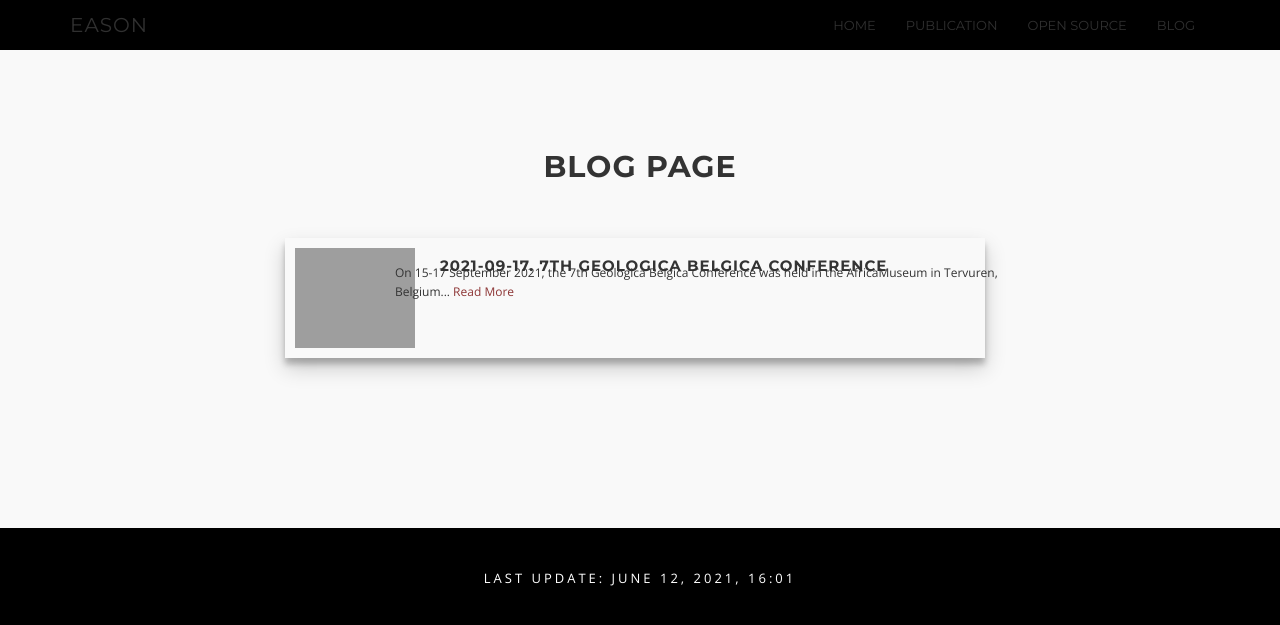
Repository: eazzzon/eazzzon.github.io
Page: blog.html
These files come from the project's save history. The page is drawn as it stood at one moment and after the next save; the edit follows.
The browser window is 1280 px wide. The pictures show the whole page.
Pictures or frames that could not be fetched are drawn as grey boxes.

Above is the page before, as saved 2021-09-18 13:28:06.

### blog.html
<!DOCTYPE html>
<html lang="en">
<head>
<meta charset="utf-8">
<meta http-equiv="X-UA-Compatible" content="IE=edge">
<meta name="viewport" content="width=device-width, initial-scale=1">
<meta name="description" content="">
<meta name="author" content="">
<title>yishen.zhang</title>
<!-- Bootstrap Core CSS -->
<link href="css/bootstrap.min.css" rel="stylesheet">
<!-- Custom CSS -->
<link href="css/theme.css" rel="stylesheet">
<!-- Custom Fonts -->
<link href="font-awesome/css/font-awesome.min.css" rel="stylesheet" type="text/css">
<link href="http://fonts.googleapis.com/css?family=Open+Sans:300,400,700,400italic,700italic" rel="stylesheet" type="text/css">
<link href="http://fonts.googleapis.com/css?family=Montserrat:400,700" rel="stylesheet" type="text/css">
<!-- HTML5 Shim and Respond.js IE8 support of HTML5 elements and media queries -->
<!-- WARNING: Respond.js doesn't work if you view the page via file:// -->
<!--[if lt IE 9]>
        <script src="https://oss.maxcdn.com/libs/html5shiv/3.7.0/html5shiv.js"></script>
        <script src="https://oss.maxcdn.com/libs/respond.js/1.4.2/respond.min.js"></script>
    <![endif]-->
</head>
<body id="page-top" data-spy="scroll" data-target=".navbar-fixed-top">
<!-- Navigation -->
<nav class="navbar navbar-custom navbar-fixed-top" role="navigation">
<div class="container">
	<div class="navbar-header">
		<button type="button" class="navbar-toggle" data-toggle="collapse" data-target=".navbar-main-collapse">
		<i class="fa fa-bars"></i>
		</button>
		<a class="navbar-brand page-scroll" href="index.html" style="color: #303030;">
		EASON </a>
	</div>
	<!-- Collect the nav links, forms, and other content for toggling -->
	<div class="collapse navbar-collapse navbar-right navbar-main-collapse">
		<ul class="nav navbar-nav" style="color: #303030;">
			<li>
			<a href="index.html">Home</a>
			</li>
			<li>
			<a href="publication.html">publication</a>
			</li>
			<li>
			<a href="opensource.html">open source</a>
			</li>
			<li>
			<a href="blog.html">blog</a>
			</li>
		</ul>
	</div>
	<!-- /.navbar-collapse -->
</div>
<!-- /.container -->
</nav>

<!-- Page Sample Section -->
<section id="page-sample">


<div class="container content-section text-left">
	<div class='container'>
		<div class="row">
			<h2 class="text-center">BLOG PAGE</h2>
			<div class="col-lg-8 col-lg-offset-2">
				<div class="post-box">
					<img class="box-img" src="https://geologicabelgica2021.africamuseum.be/sites/default/files/media/images/Logo%20Geologica%20Belgica.png" alt="lower crust foundering" />
					<div class="box-text">
						<a  href="post20210917.html">
							<h4 class="box-text">2021-09-17. 7th Geologica Belgica Conference </h4>
						</a>
						<p class="p2">On 15-17 September 2021, the 7th Geologica Belgica Conference was held in the AfricaMuseum in Tervuren, Belgium... <a href="post20210917.html" style="color:rgb(141, 53, 53);">Read More</a></p>
					</div>
				</div>
				</div>

			</div>
		</div>
	</div>
</div>
</section>




<!-- Footer -->
<footer>
<div class="container text-center">
	<p class="credits">
		last update: June 12, 2021, 16:01
	</p>
</div>
</footer>
<!-- jQuery -->
<script src="js/jquery.js"></script>
<!-- Bootstrap Core JavaScript -->
<script src="js/bootstrap.min.js"></script>
<!-- Plugin JavaScript -->
<script src="js/jquery.easing.min.js"></script>
<!-- Custom Theme JavaScript -->
<script src="js/theme.js"></script>
</body>
</html>

### css/theme.css
/* Aries v1.0 - by WowThemes.net */
body {
	width:100%;
	height:100%;
	font-family:Open Sans,"Helvetica Neue",Helvetica,Arial,sans-serif;
	color:#fff;
	background-color:#000;
	 font-weight:300;
}
html {
	width:100%;
	height:100%;
}
h1,h2,h3,h4,h5,h6 {
	margin:0 0 35px;
	text-transform:uppercase;
	font-family:Montserrat,"Helvetica Neue",Helvetica,Arial,sans-serif;
	font-weight:700;
	letter-spacing:1px;
}
p {
	margin:0 0 25px;
	font-size:18px;
	line-height:1.5;
}
@media(min-width:768px) {
	p {
		margin:0 0 35px;
		font-size:20px;
		line-height:1.6;
	}
}
a {
	color:inherit;
	-webkit-transition:all .2s ease-in-out;
	-moz-transition:all .2s ease-in-out;
	transition:all .2s ease-in-out;
}
a:hover,a:focus {
	text-decoration:none;
	color:inherit;
}
.light {
	font-weight:400;
}
.navbar-custom {
	margin-bottom:0;
	border-bottom:1px solid rgba(255,255,255,.3);
	text-transform:uppercase;
	font-family:Montserrat,"Helvetica Neue",Helvetica,Arial,sans-serif;
	background-color:#000;
}
.navbar-custom .navbar-brand {
	font-size:20px;
	text-transform:none;
	letter-spacing:1px;
}
.navbar-custom .navbar-brand:focus {
	outline:0;
}
.navbar-custom .navbar-brand .navbar-toggle {
	padding:4px 6px;
	font-size:16px;
	color:#fff;
}
.navbar-custom .navbar-brand .navbar-toggle:focus,.navbar-custom .navbar-brand .navbar-toggle:active {
	outline:0;
}
.navbar-custom a {
}
.navbar-custom .nav li a {
	-webkit-transition:background .3s ease-in-out;
	-moz-transition:background .3s ease-in-out;
	transition:background .3s ease-in-out;
}
.navbar-custom .nav li a:hover {
	outline:0;
	color:#1ba39c;
	background-color:transparent;
}
.navbar-custom .nav li a:focus,.navbar-custom .nav li a:active {
	outline:0;
	background-color:transparent;
}
.navbar-custom .nav li.active {
	outline:0;
}
.navbar-custom .nav li.active a {
	color:#1ba39c;
}
.navbar-custom .nav li.active a:hover {
	color:#1ba39c;
}
@media(min-width:768px) {
	.navbar-custom {
		padding:20px 0;
		border-bottom:0;
		font-size:13px;
		background:0 0;
		-webkit-transition:background .5s ease-in-out,padding .5s ease-in-out;
		-moz-transition:background .5s ease-in-out,padding .5s ease-in-out;
		transition:background .5s ease-in-out,padding .5s ease-in-out;
	}
		 .navbar-custom.top-nav-collapse {
		 padding:0;
		border-bottom:1px solid rgba(255,255,255,.3);
		color:#333;
			background:#fff;
	}
	.navbar-custom.top-nav-collapse a {
		color:#333;
		display:inline-block;
	}
}
.intro {
	display:table;
	width:100%;
	height:auto;
	padding:100px 0 100px 0;
	text-align:center;
	color:#fff;
	background-image:radial-gradient(circle at 50% 50%,rgba(95, 94, 94, 0.46),rgba(56, 56, 56, 0.88)), url('labelled.png');
	-webkit-background-size:cover;
	-moz-background-size:cover;
	background-size:cover;
	-o-background-size:cover;
}
.intro .intro-body {
	display:table-cell;
	vertical-align:middle;
}
.intro .intro-body .brand-heading {
	font-size:40px;
}
.intro .intro-body .intro-text {
	font-size:18px;
}
@media(min-width:768px) {
	.intro {
		height:100%;
		padding:0;
	}
	.intro .intro-body .brand-heading {
		font-size:60px;
		margin-top:90px;
		margin-bottom:20px;
		border-top:2px solid #fff;
		border-bottom:2px solid #fff;
		display:inline-block;
		padding:10px 0;
	}
	.intro .intro-body .intro-text {
		font-size:20px;
			font-weight:300;
			letter-spacing:3px;
	}
}
.btn-circle {
	width:50px;
	height:50px;
	margin-top:15px;
	line-height:40px;
	text-align:center;
	border:2px solid #fff;
	border-radius:100%!important;
	font-size:20px;
	color:#fff;
	background:0 0;
	-webkit-transition:background .3s ease-in-out;
	-moz-transition:background .3s ease-in-out;
	transition:background .3s ease-in-out;
}
.btn-circle:hover,.btn-circle:focus {
	outline:0;
	color:#fff;
	background:rgba(255,255,255,.1);
}
.btn-circle i.animated {
	-webkit-transition-property:-webkit-transform;
	-webkit-transition-duration:1s;
	-moz-transition-property:-moz-transform;
	-moz-transition-duration:1s;
}
.btn-circle:hover i.animated {
	-webkit-animation-name:pulse;
	-moz-animation-name:pulse;
	-webkit-animation-duration:1.5s;
	-moz-animation-duration:1.5s;
	-webkit-animation-iteration-count:infinite;
	-moz-animation-iteration-count:infinite;
	-webkit-animation-timing-function:linear;
	-moz-animation-timing-function:linear;
}
@-webkit-keyframes pulse {
	0% {
		-webkit-transform:scale(1);
		transform:scale(1);
	}
	50% {
		-webkit-transform:scale(1.2);
		transform:scale(1.2);
	}
	100% {
		-webkit-transform:scale(1);
		transform:scale(1);
	}
}
@-moz-keyframes pulse {
	0% {
		-moz-transform:scale(1);
		transform:scale(1);
	}
	50% {
		-moz-transform:scale(1.2);
		transform:scale(1.2);
	}
	100% {
		-moz-transform:scale(1);
		transform:scale(1);
	}
}
.content-section {
	padding:40px 0;
	clear:both;
}
@media(min-width:767px) {
	.content-section {
		padding:150px 0;
			 clear:both;
	}
}
.btn {
	border-radius:0;
	text-transform:uppercase;
	font-family:Montserrat,"Helvetica Neue",Helvetica,Arial,sans-serif;
	font-weight:400;
	-webkit-transition:all .3s ease-in-out;
	-moz-transition:all .3s ease-in-out;
	transition:all .3s ease-in-out;
}
.btn-default {
	border:1px solid #42dca3;
	color:#42dca3;
	background-color:transparent;
}
.btn-default:hover,.btn-default:focus {
	border:1px solid #42dca3;
	outline:0;
	color:#000;
	background-color:#42dca3;
}
ul.banner-social-buttons {
	margin-top:0;
}
@media(max-width:1199px) {
	ul.banner-social-buttons {
		margin-top:15px;
	}
}
@media(max-width:767px) {
	ul.banner-social-buttons li {
		display:block;
		margin-bottom:20px;
		padding:0;
	}
	ul.banner-social-buttons li:last-child {
		margin-bottom:0;
	}
}
footer {
	padding:40px 0;
	z-index:1;
	position:relative;
	clear:both;
}
footer p {
	margin:0;
	font-size:15px;
}
footer p.credits {
	text-transform:uppercase;
	font-size:13px;
	letter-spacing:3px;
}
::-moz-selection {
	text-shadow:none;
	background:#fcfcfc;
	background:rgba(255,255,255,.2);
}
::selection {
	text-shadow:none;
	background:#fcfcfc;
	background:rgba(255,255,255,.2);
}
img::selection {
	background:0 0;
}
img::-moz-selection {
	background:0 0;
}
body {
	webkit-tap-highlight-color:rgba(255,255,255,.2);
}
.bgblue {
	background:#22292c;
}
.inlineblock {
	display:inline-block;
}
p:last-child {
	margin-bottom:0;
}
p.lead {
	line-height:1.9;
}
.btnghost {
	border:2px solid #333;
	background-color:transparent;
	padding:15px 20px;
	letter-spacing:3px;
	font-size:12px;
	text-transform:uppercase;
	font-weight:400;
	color:#333;
	margin-top:20px;
	display:inline-block;
}
.btnghost:hover {
	background-color:#333;
	color:#fff;
	border:2px solid #333;
}
.bgcover {
	background-size:cover;
	background-repeat:no-repeat;
	position:relative;
}
img {
	max-width:100%;
}
.gallery ul {
	padding:0;
	margin:0;
}
.gallery img {
	max-width:100%;
	height:auto;
	padding:0;
	margin:0;
}
.gallery ul li {
	margin:0;
	position:relative;
	list-style:none;
	float:left;
	padding:0;
}
.gallery ul li a {
	display:block;
	position:relative;
	width:100%;
	height:100%;
	margin:0;
	padding:0;
	line-height:0;
}
.gallery ul li a:before {
	position:absolute;
	width:32px;
	height:32px;
	top:40%;
	left:50%;
	margin:-14px 0 0 -16px;
	/* background: url(data:[embedded picture, 2228 characters]) no-repeat; */
	content:"";
	opacity:0;
	z-index:1;
	-webkit-transition:all 0.3s linear;
	-moz-transition:all 0.3s linear;
	transition:all 0.3s linear;
}
.gallery ul li a:hover:before {
	top:50%;
	opacity:1;
}
.gallery ul li a:after {
	position:absolute;
	width:100%;
	top:0;
	bottom:0;
	background:rgba(0,0,0,0.3);
	content:"";
	opacity:0;
	-webkit-transition:all 0.3s linear;
	-moz-transition:all 0.3s linear;
	transition:all 0.3s linear;
}
.gallery ul li a:hover:after {
	opacity:1;
}
section:after {
	float:none;
	clear:both;
}
section {
	background-color:#f9f9f9;
	color:#333;
	overflow:hidden;
}
.done {
	display:none;
}
.error input,input.error,.error textarea,textarea.error {
	background-color:#ffffff;
	border-bottom:2px solid orangered !Important;
	-webkit-transition:border linear 0.2s,box-shadow linear 0.2s;
	-moz-transition:border linear 0.2s,box-shadow linear 0.2s;
	-o-transition:border linear 0.2s,box-shadow linear 0.2s;
	transition:border linear 0.2s,box-shadow linear 0.2s;
}

/* post-box style */
.post-box {
	width: 700px;
	height: 120px;
	margin: 20px;
	box-shadow: 0 10px 20px rgba(0, 0, 0, 0.19), 0 6px 6px rgba(0, 0, 0, 0.23);
  }

  .box-img {
	width: 120px;
	height: 100px;
	padding: 0px;
	margin: 10px;
  }

  .box-text {
	margin: 0px;
	position: absolute;
	font-size: 15px;
	padding: 50px;
	top: -5px;
	left: 70px;
  }

  .p {
	padding: 50px;
	margin: 10px;
	position: relative;
	bottom: 100px;
	left: 100px;
  }

  .p2 {
	padding: 0px;
	margin: 0px;
	font-size: 12px;
	position: relative;
	left: 25px;
  }

### js/theme.js
// jQuery to collapse the navbar on scroll
$(window).scroll(function() {
    if ($(".navbar").offset().top > 50) {
        $(".navbar-fixed-top").addClass("top-nav-collapse");
    } else {
        $(".navbar-fixed-top").removeClass("top-nav-collapse");
    }
});

// jQuery for page scrolling feature - requires jQuery Easing plugin
$(function() {
    $('a.page-scroll').bind('click', function(event) {
        var $anchor = $(this);
        $('html, body').stop().animate({
            scrollTop: $($anchor.attr('href')).offset().top
        }, 1500, 'easeInOutExpo');
        event.preventDefault();
    });
});

// Closes the Responsive Menu on Menu Item Click
$('.navbar-collapse ul li a').click(function() {
    $('.navbar-toggle:visible').click();
});

Loaded but not shown: css/bootstrap.min.css (library); font-awesome/css/font-awesome.min.css (library); js/jquery.js (library); js/bootstrap.min.js (library); js/jquery.easing.min.js (library)

After the next save:
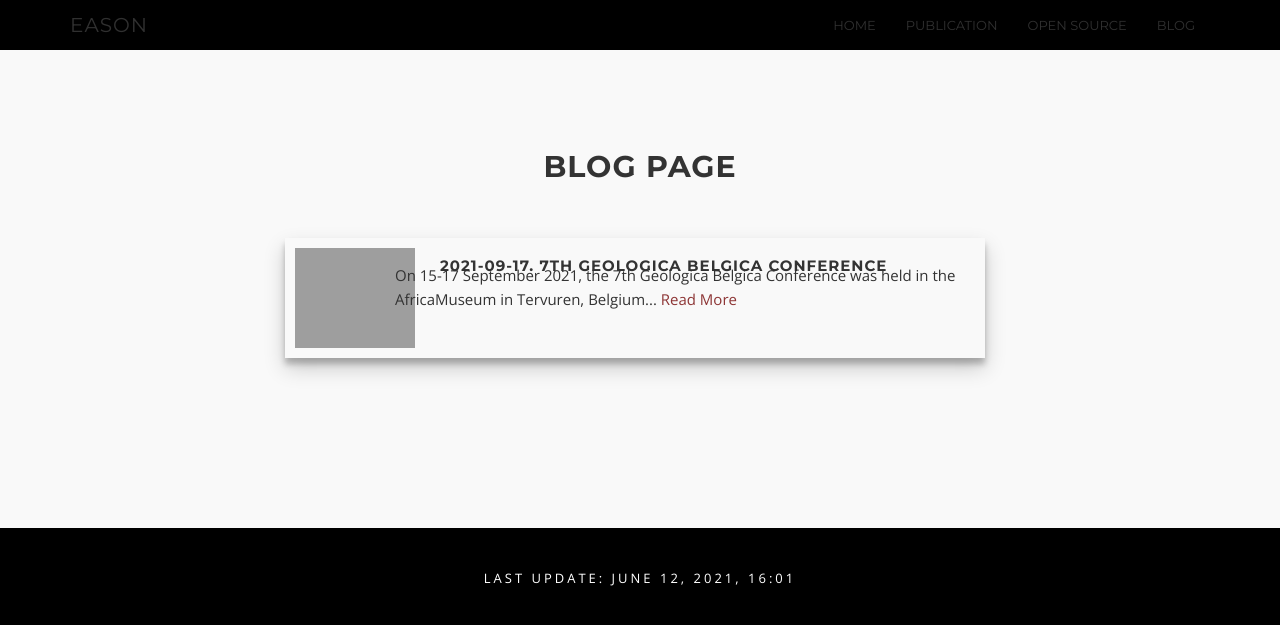
Saved 5 s later.
--- a/css/theme.css
+++ b/css/theme.css
@@ -454,7 +454,7 @@ section {
   .p2 {
 	padding: 0px;
 	margin: 0px;
-	font-size: 12px;
+	font-size: 15px;
 	position: relative;
 	left: 25px;
   }
